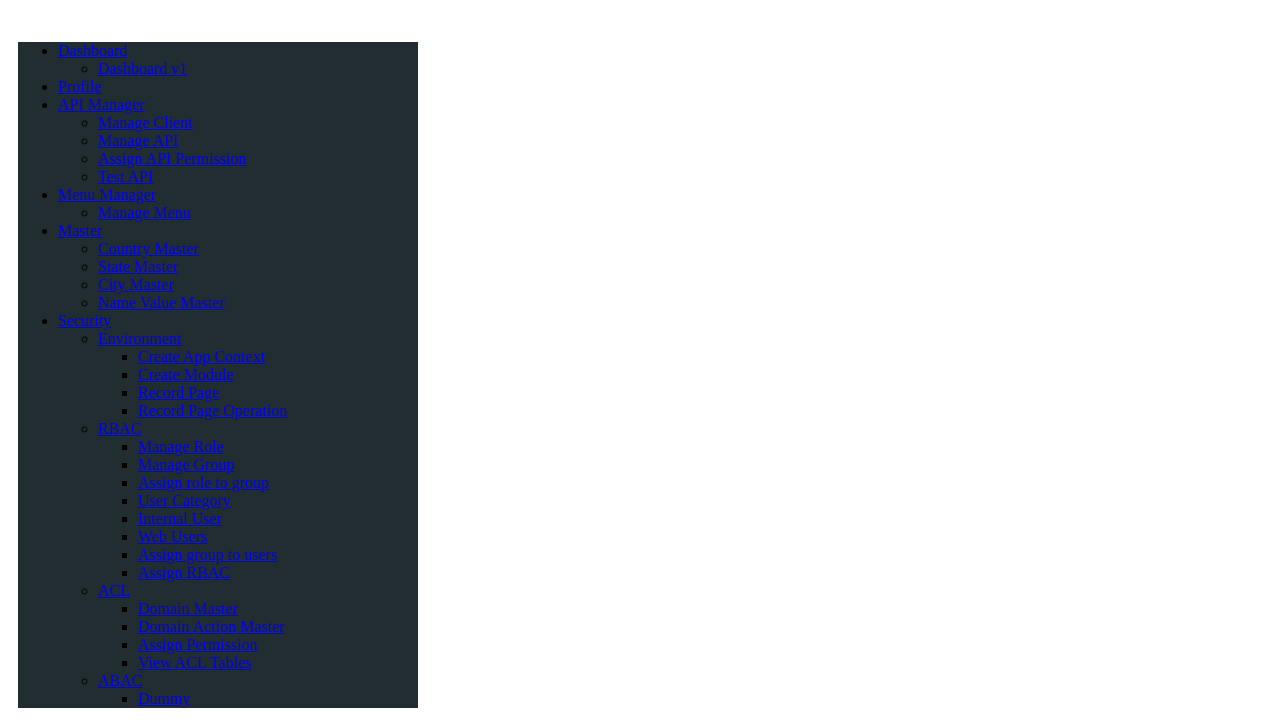
Repository: sanjeev167/PersonnelProjects
Page: http://localhost/PracticeOnNet/WEB-INF/jsp/admin/pvt/api_mgr/api_permission.jsp
An editor plug-in stored every save of this project. The page is shown before and after the next save, followed by the edit.
The browser window is 1280 px wide. The pictures show the whole page.
The page is served by Tomcat 9. Nobody is signed in. Other server files are loaded and not shown. The template is opened directly, without the code that normally fills it, so the values that code supplies are empty.

Above is the page before, as saved 2019-07-26 17:56:10.

### PracticeOnNet_WS/PracticeOnNet/src/main/webapp/WEB-INF/jsp/admin/pvt/api_mgr/api_permission.jsp

<!-- jQuery 3 -->
<script src="https://code.jquery.com/jquery-3.3.1.js"></script>
<script type="text/javascript">

$(document).ready(function() {
	var data = [
		        //Dashboard
		        {"id": "1", "name": "Dashboard", "parent_id": "0","leafUrl":"#","nodeType":"N" ,"nodeImgUrl":"fa fa-dashboard"},
		        {"id": "2", "name": "Dashboard v1", "parent_id": "1","leafUrl":"<%=request.getContextPath() %>/admin/pvt/db","nodeType":"L" ,"nodeImgUrl":"fa fa-circle-o"},

		        {"id": "3", "name": "Profile", "parent_id": "0","leafUrl":"<%=request.getContextPath() %>/admin/pvt/profile","nodeType":"L" ,"nodeImgUrl":"fa fa-th"},

		        //API Manager
		        {"id": "4", "name": "API Manager", "parent_id": "0","leafUrl":"#","nodeType":"N" ,"nodeImgUrl":"fa fa-files-o"},
		        {"id": "5", "name": "Manage Client", "parent_id": "4","leafUrl":"<%=request.getContextPath() %>/admin/pvt/api_mgr/manage_client/","nodeType":"L" ,"nodeImgUrl":"fa fa-circle-o"},
		        {"id": "6", "name": "Manage API", "parent_id": "4","leafUrl":"<%=request.getContextPath() %>/admin/pvt/api_mgr/manage_api/","nodeType":"L" ,"nodeImgUrl":"fa fa-circle-o"},
		        {"id": "7", "name": "Assign API Permission", "parent_id": "4","leafUrl":"<%=request.getContextPath() %>/admin/pvt/api_mgr/api_permission/","nodeType":"L" ,"nodeImgUrl":"fa fa-circle-o"},
		        {"id": "8", "name": "Test API", "parent_id": "4","leafUrl":"<%=request.getContextPath() %>/admin/pvt/api_mgr/test_api/","nodeType":"L" ,"nodeImgUrl":"fa fa-circle-o"},

		        //Menu Manager
		        {"id": "9", "name": "Menu Manager", "parent_id": "0","leafUrl":"#","nodeType":"N" ,"nodeImgUrl":"fa fa-files-o"},
		        {"id": "10", "name": "Manage Menu", "parent_id": "9","leafUrl":"<%=request.getContextPath() %>/admin/pvt/menu_mgr/manage_menu/","nodeType":"L" ,"nodeImgUrl":"fa fa-circle-o"},

		        //Masters
		        {"id": "11", "name": "Master", "parent_id": "0","leafUrl":"#","nodeType":"N" ,"nodeImgUrl":"fa fa-files-o"},
		        {"id": "12", "name": "Country Master", "parent_id": "11","leafUrl":"<%=request.getContextPath() %>/admin/pvt/masters/country/","nodeType":"L" ,"nodeImgUrl":"fa fa-circle-o"},
		        {"id": "13", "name": "State Master", "parent_id": "11","leafUrl":"<%=request.getContextPath() %>/admin/pvt/masters/state/","nodeType":"L" ,"nodeImgUrl":"fa fa-circle-o"},
		        {"id": "14", "name": "City Master", "parent_id": "11","leafUrl":"<%=request.getContextPath() %>/admin/pvt/masters/city/","nodeType":"L" ,"nodeImgUrl":"fa fa-circle-o"},
		        {"id": "15", "name": "Name Value Master", "parent_id": "11","leafUrl":"<%=request.getContextPath() %>/admin/pvt/masters/city/","nodeType":"L" ,"nodeImgUrl":"fa fa-circle-o"},

		        //Security
		        {"id": "16", "name": "Security", "parent_id": "0","leafUrl":"#","nodeType":"N" ,"nodeImgUrl":"fa fa-share"},

		        //Environment
		        {"id": "18", "name": "Environment", "parent_id": "16","leafUrl":"#","nodeType":"N" ,"nodeImgUrl":"fa fa-circle-o"},
		        {"id": "19", "name": "Create App Context", "parent_id": "18","leafUrl":"<%=request.getContextPath() %>/admin/pvt/sec/env/department/","nodeType":"L" ,"nodeImgUrl":"fa fa-circle-o"},
		        {"id": "20", "name": "Create Module", "parent_id": "18","leafUrl":"<%=request.getContextPath() %>/admin/pvt/sec/env/module/","nodeType":"L" ,"nodeImgUrl":"fa fa-circle-o"},
		        {"id": "21", "name": "Record Page", "parent_id": "18","leafUrl":"<%=request.getContextPath() %>/admin/pvt/sec/env/page/","nodeType":"L" ,"nodeImgUrl":"fa fa-circle-o"},
		        {"id": "22", "name": "Record Page Operation", "parent_id": "18","leafUrl":"<%=request.getContextPath() %>/admin/pvt/sec/env/op/","nodeType":"L" ,"nodeImgUrl":"fa fa-circle-o"},

		        //RBAC
		        {"id": "23", "name": "RBAC", "parent_id": "16","leafUrl":"#","nodeType":"N" ,"nodeImgUrl":"fa fa-circle-o"},
		        {"id": "24", "name": "Manage Role", "parent_id": "23","leafUrl":"<%=request.getContextPath() %>/admin/pvt/sec/rbac/role/","nodeType":"L" ,"nodeImgUrl":"fa fa-circle-o"},
		        {"id": "25", "name": "Manage Group", "parent_id": "23","leafUrl":"<%=request.getContextPath() %>/admin/pvt/sec/rbac/group/","nodeType":"L" ,"nodeImgUrl":"fa fa-circle-o"},
		        {"id": "26", "name": "Assign role to group", "parent_id": "23","leafUrl":"<%=request.getContextPath() %>/admin/pvt/sec/rbac/roleToGroup/","nodeType":"L" ,"nodeImgUrl":"fa fa-circle-o"},
		        {"id": "27", "name": "User Category", "parent_id": "23","leafUrl":"<%=request.getContextPath() %>/admin/pvt/sec/rbac/userCategory/","nodeType":"L" ,"nodeImgUrl":"fa fa-circle-o"},
		        {"id": "28", "name": "Internal User", "parent_id": "23","leafUrl":"<%=request.getContextPath() %>/admin/pvt/sec/rbac/appAdminUser/","nodeType":"L" ,"nodeImgUrl":"fa fa-circle-o"},
		        {"id": "29", "name": "Web Users", "parent_id": "23","leafUrl":"<%=request.getContextPath() %>/admin/pvt/sec/rbac/webUser/","nodeType":"L" ,"nodeImgUrl":"fa fa-circle-o"},
		        {"id": "30", "name": "Assign group to users", "parent_id": "23","leafUrl":"<%=request.getContextPath() %>/admin/pvt/sec/rbac/groupToUser/","nodeType":"L" ,"nodeImgUrl":"fa fa-circle-o"},
		        {"id": "31", "name": "Assign RBAC", "parent_id": "23","leafUrl":"<%=request.getContextPath() %>/admin/pvt/sec/rbac/monitor/","nodeType":"L" ,"nodeImgUrl":"fa fa-circle-o"},


		        //ACl
		        {"id": "32", "name": "ACL", "parent_id": "16","leafUrl":"#","nodeType":"N" ,"nodeImgUrl":"fa fa-circle-o"},
		        {"id": "33", "name": "Domain Master", "parent_id": "32","leafUrl":"<%=request.getContextPath() %>/admin/pvt/sec/acl/dmnMaster/","nodeType":"L" ,"nodeImgUrl":"fa fa-circle-o"},
		        {"id": "34", "name": "Domain Action Master", "parent_id": "32","leafUrl":"<%=request.getContextPath() %>/admin/pvt/sec/acl/dmnActionMaster/","nodeType":"L" ,"nodeImgUrl":"fa fa-circle-o"},
		        {"id": "35", "name": "Assign Permission", "parent_id": "32","leafUrl":"<%=request.getContextPath() %>/admin/pvt/sec/acl/aclPermissions/","nodeType":"L" ,"nodeImgUrl":"fa fa-circle-o"},
		        {"id": "36", "name": "View ACL Tables", "parent_id": "32","leafUrl":"<%=request.getContextPath() %>/admin/pvt/sec/acl/monitor/aclInOne/","nodeType":"L" ,"nodeImgUrl":"fa fa-circle-o"},

		        //ABAC
		        {"id": "37", "name": "ABAC", "parent_id": "16","leafUrl":"#","nodeType":"N" ,"nodeImgUrl":"fa fa-circle-o"},
		        {"id": "38", "name": "Dummy", "parent_id": "37","leafUrl":"#","nodeType":"L" ,"nodeImgUrl":"fa fa-circle-o"},

	            ];

	var endMenu =getMenu("0");
	function getMenu( parentID ){
	           return data.filter(function(node){ return ( node.parent_id === parentID ) ; }).map(function(node){
	               var exists = data.some(function(childNode){  return childNode.parent_id === node.id; });
	               var subMenu = (exists) ? '<ul class="treeview-menu">'+ getMenu(node.id) + '</ul>' : "";
	               var menu;
	               if(exists)
	            	   menu= '<li class="treeview">'
		                          +'<a href="'+node.leafUrl+'"> <i class="'+node.nodeImgUrl+'"></i>'
		                          + '<span>' +node.name  +'</span>'
		                          + '<span class="pull-right-container">'
		                          +'<i class="fa fa-angle-left pull-right"></i>'
		                          +'</span>'
		                          +'</a>'
		                          +  subMenu
		                          + '</li>'  ;
		          else
		        	  menu= '<li>'
                      +'<a href="'+node.leafUrl+'"> <i class="'+node.nodeImgUrl+'"></i>'
                      + '<span>' +node.name  +'</span>'
                      +'</a>'
                   + '</li>' ;

                   return menu;

	           });
	       }
	 var finalMenu=endMenu.join('').replace(/,/g, "");
	$('#menu1').html('<ul class="sidebar-menu" data-widget="tree">'+finalMenu+ '</ul>');
});// End of document ready




</script>
<br>
<div id="menu1" style="width: 400px; margin-left: 30px; background-color: #222d32; margin: 10px; "></div>

After the next save:
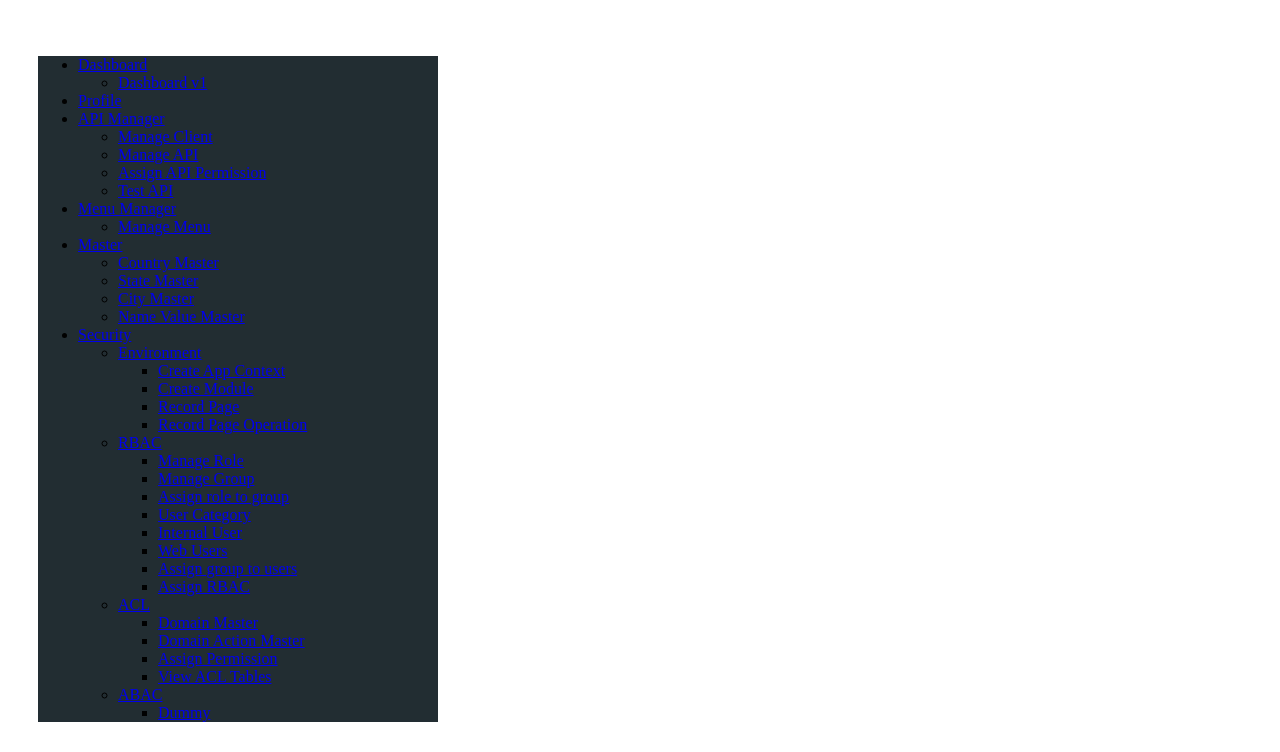
Saved 35 s later.
--- a/PracticeOnNet_WS/PracticeOnNet/src/main/webapp/WEB-INF/jsp/admin/pvt/api_mgr/api_permission.jsp
+++ b/PracticeOnNet_WS/PracticeOnNet/src/main/webapp/WEB-INF/jsp/admin/pvt/api_mgr/api_permission.jsp
@@ -100,4 +100,4 @@ $(document).ready(function() {
 
 </script>
 <br>
-<div id="menu1" style="width: 400px; margin-left: 30px; background-color: #222d32; margin: 10px; "></div>
+<div id="menu1" style="width: 400px; margin-left: 30px; background-color: #222d32; margin: 30px; "></div>
